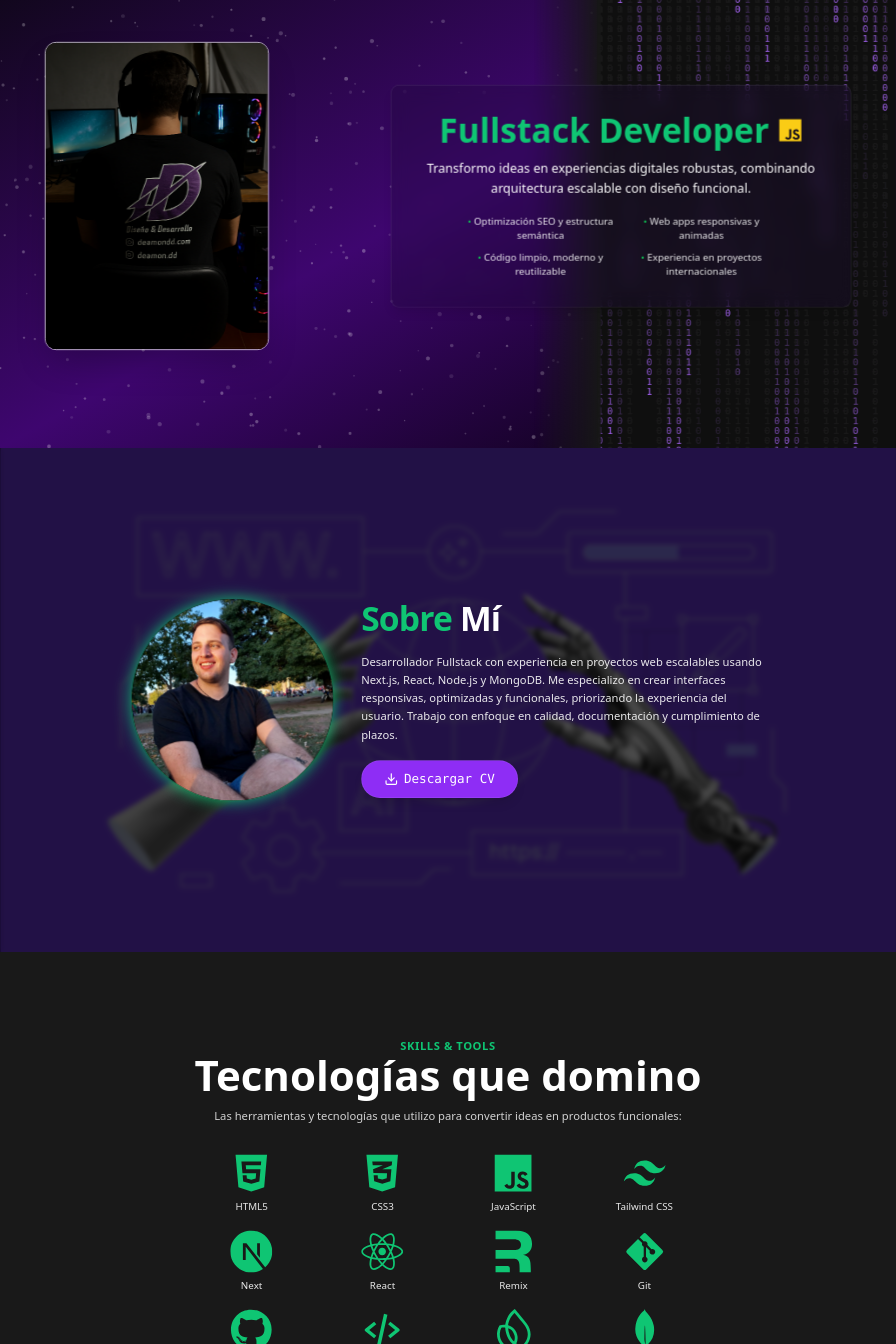
Repository: francoluca35/portfolio-franco-dev
Page: /
The author's editor kept a copy of each file at every save. The page is drawn from the files as they stood at one save, then again after the next save.
The browser window is 1280 px wide. The pictures show the part of the page from y = 0 to 1920 px (the page is 3546 px tall before and 3626 px after), at 70% of full size.
The project was rebuilt for these pictures with package versions that can differ from the ones it lists, and the page was loaded fresh each time. The framework's server and built-in components were replaced by stand-ins that run in the browser. Also part of the build but not shown: next.config.js.

Above is the page before, as saved 2025-05-06 06:45:18.

### app/layout.jsx
import "./globals.css";

export const metadata = {
  title: "Franco Parera | Portfolio",
  description: "Desarrollador Web Fullstack - Portfolio personal",
};

export default function RootLayout({ children }) {
  return (
    <html lang="es" className="dark">
      <body className="bg-black text-white">{children}</body>
    </html>
  );
}

### app/page.jsx
import Hero from "../components/Hero";
import Experience from "../components/Experience";
import Projects from "../components/Projects";
import Footer from "../components/Footer";
import About from "../components/About";
import Contact from "../components/Contact";

export default function HomePage() {
  return (
    <main>
      <section id="inicio">
        <Hero />
      </section>

      <section id="about" className="bg-[#181818] text-white ">
        <About />
      </section>
      <section id="skills" className="bg-[#181818] text-white ">
        <Experience />
      </section>

      <section id="proyectos" className="bg-[#0E0E0E] text-white ">
        <Projects />
      </section>

      <section id="contacto" className="">
        <Contact />
      </section>
      <section id="footer" className="">
        <Footer />
      </section>
    </main>
  );
}

### styles/globals.css
@tailwind base;
@tailwind components;
@tailwind utilities;

html {
  scroll-behavior: smooth;
}
/* rotating-border.css */
.rotating-border {
  background: conic-gradient(#0fc573, #1a1a1a, #0fc573);
  animation: spin 4s linear infinite;
  border-radius: 9999px;
}

@keyframes spin {
  0% {
    transform: rotate(0deg);
  }
  100% {
    transform: rotate(360deg);
  }
}

### components/Hero.jsx
"use client";
import { motion } from "framer-motion";
import Image from "next/image";
import { FaJs } from "react-icons/fa";
import ParticlesBackground from "../utils/ParticlesBackground";
import MatrixRain from "../utils/MatrixRain";

export default function Hero() {
  return (
    <section
      aria-label="Presentación de Franco Parera como Fullstack Developer"
      className="relative w-full min-h-screen bg-gradient-to-br  from-[#0c0713] via-[#3e066f] to-[#000000] text-white px-4 sm:px-12 py-20 -mt-20 flex items-center justify-center"
    >
      <ParticlesBackground />
      <div className="hidden md:block absolute top-0 right-0 w-1/3 h-full backdrop-blur-md bg-[#171717]/60 z-10" />
      <MatrixRain />
      <div className="hidden md:block absolute top-0 right-[33%] w-24 h-full bg-gradient-to-r from-transparent to-[#171717] z-20" />

      {/* Contenido visible */}
      <div className="relative z-30 max-w-6xl w-full flex flex-col md:flex-row items-center justify-center md:justify-between gap-10">
        <motion.div
          initial={{ opacity: 0, scale: 0.95 }}
          animate={{ opacity: 1, scale: 1 }}
          transition={{ duration: 0.6 }}
          className="relative flex justify-center w-full md:w-auto"
        >
          <div className="relative w-[260px] h-[350px] sm:w-[300px] sm:h-[400px] md:w-[320px] md:h-[440px] shadow-2xl z-10 overflow-hidden rounded-2xl border border-white">
            <Image
              src="/assets/yo-hero.png"
              alt="Franco Parera - desarrollador fullstack"
              fill
              className="object-cover"
              priority
            />
          </div>
        </motion.div>

        <div className="backdrop-blur-md bg-[#1f0d3a]/30 rounded-xl p-6 md:p-10 shadow-lg border border-white/10 text-center">
          <motion.h1
            initial={{ opacity: 0, y: 20 }}
            animate={{ opacity: 1, y: 0 }}
            transition={{ duration: 0.6 }}
            className="text-3xl sm:text-4xl md:text-5xl font-extrabold text-[#0fc573] flex justify-center items-center gap-3 flex-wrap"
          >
            Fullstack Developer
            <FaJs className="text-yellow-400 text-3xl md:text-4xl" />
          </motion.h1>

          <motion.p
            initial={{ opacity: 0, y: 20 }}
            animate={{ opacity: 1, y: 0 }}
            transition={{ delay: 0.2, duration: 0.6 }}
            className="text-base sm:text-lg text-white max-w-xl mx-auto mt-4"
          >
            Transformo ideas en experiencias digitales robustas, combinando
            arquitectura escalable con diseño funcional.
          </motion.p>

          <motion.div
            initial={{ opacity: 0, y: 20 }}
            animate={{ opacity: 1, y: 0 }}
            transition={{ delay: 0.3, duration: 0.6 }}
            className="grid grid-cols-1 sm:grid-cols-2 gap-3 text-sm text-white/90 max-w-md mx-auto pt-6"
          >
            <p>
              <span className="text-[#0fc555]">•</span> Optimización SEO y
              estructura semántica
            </p>
            <p>
              <span className="text-[#0fc555]">•</span> Web apps responsivas y
              animadas
            </p>
            <p>
              <span className="text-[#0fc555]">•</span> Código limpio, moderno y
              reutilizable
            </p>
            <p>
              <span className="text-[#0fc555]">•</span> Experiencia en proyectos
              internacionales
            </p>
          </motion.div>
        </div>
      </div>
    </section>
  );
}

### components/Experience.jsx
"use client";
import {
  FaHtml5,
  FaCss3Alt,
  FaJs,
  FaReact,
  FaGitAlt,
  FaGithub,
} from "react-icons/fa";
import {
  SiFirebase,
  SiJquery,
  SiMongodb,
  SiRemix,
  SiTailwindcss,
  SiNextdotjs,
} from "react-icons/si";
import { BiCodeAlt } from "react-icons/bi";

export default function SkillsSection() {
  const skills = [
    {
      icon: (
        <FaHtml5 className="text-4xl md:text-6xl transition-all duration-300 text-[#0fc573] group-hover:text-[#e34f26]" />
      ),
      name: "HTML5",
    },
    {
      icon: (
        <FaCss3Alt className="text-4xl md:text-6xl transition-all duration-300 text-[#0fc573] group-hover:text-[#264de4]" />
      ),
      name: "CSS3",
    },
    {
      icon: (
        <FaJs className="text-4xl md:text-6xl transition-all duration-300 text-[#0fc573] group-hover:text-[#f0db4f]" />
      ),
      name: "JavaScript",
    },
    {
      icon: (
        <SiTailwindcss className="text-4xl md:text-6xl transition-all duration-300 text-[#0fc573] group-hover:text-[#38bdf8]" />
      ),
      name: "Tailwind CSS",
    },
    {
      icon: (
        <SiNextdotjs className="text-4xl md:text-6xl transition-all duration-300 text-[#0fc573] group-hover:text-white" />
      ),
      name: "Next",
    },
    {
      icon: (
        <FaReact className="text-4xl md:text-6xl transition-all duration-300 text-[#0fc573] group-hover:text-[#61dafb]" />
      ),
      name: "React",
    },
    {
      icon: (
        <SiRemix className="text-4xl md:text-6xl transition-all duration-300 text-[#0fc573] group-hover:text-[#000000]" />
      ),
      name: "Remix",
    },
    {
      icon: (
        <FaGitAlt className="text-4xl md:text-6xl transition-all duration-300 text-[#0fc573] group-hover:text-[#f05032]" />
      ),
      name: "Git",
    },
    {
      icon: (
        <FaGithub className="text-4xl md:text-6xl transition-all duration-300 text-[#0fc573] group-hover:text-[#ffffff]" />
      ),
      name: "GitHub",
    },
    {
      icon: (
        <BiCodeAlt className="text-4xl md:text-6xl transition-all duration-300 text-[#0fc573] group-hover:text-[#c5bc0f]" />
      ),
      name: "RESTful APIs",
    },
    {
      icon: (
        <SiFirebase className="text-4xl md:text-6xl transition-all duration-300 text-[#0fc573] group-hover:text-[#ffca28]" />
      ),
      name: "Firebase",
    },
    {
      icon: (
        <SiMongodb className="text-4xl md:text-6xl transition-all duration-300 text-[#0fc573] group-hover:text-[#47A248]" />
      ),
      name: "MongoDB",
    },
  ];

  return (
    <section className="w-full min-h-screen flex items-center bg-[#191919] text-white px-4 sm:px-10">
      <div className="max-w-6xl mx-auto text-center">
        <p className="uppercase tracking-wider text-md text-[#0fc573] font-semibold">
          Skills & Tools
        </p>
        <h2 className="text-4xl md:text-6xl font-extrabold mb-4">
          Tecnologías que domino
        </h2>
        <p className="text-white/80 mb-10">
          Las herramientas y tecnologías que utilizo para convertir ideas en
          productos funcionales:
        </p>

        <div className="grid grid-cols-2 sm:grid-cols-3 md:grid-cols-4 gap-6 justify-items-center">
          {skills.map((skill, index) => (
            <div
              key={index}
              className="flex flex-col items-center group cursor-pointer"
            >
              <div className="mb-2">{skill.icon}</div>
              <span className="text-white/90 text-sm">{skill.name}</span>
            </div>
          ))}
        </div>
      </div>
    </section>
  );
}

### components/Footer.jsx
import {
  FaTwitter,
  FaLinkedin,
  FaGithub,
  FaInstagram,
  FaYoutube,
} from "react-icons/fa";
import AnimatedLogo from "../utils/AnimatedLogo";
export default function Footer() {
  return (
    <footer className="bg-gradient-to-br from-[#0c0713] via-[#3e066f] to-[#000000] text-white py-10 px-6">
      <div className="max-w-7xl mx-auto flex flex-col md:flex-row justify-between items-center gap-6">
        {/* Branding o texto */}
        <div className="text-center md:text-left">
          <h3 className="text-2xl font-bold tracking-wide">
            <AnimatedLogo />
          </h3>
          <p className="text-sm mt-1 text-gray-300">
            © {new Date().getFullYear()} Todos los derechos reservados.
          </p>
        </div>

        {/* Enlaces sociales */}
        <div className="flex gap-5 text-2xl">
          <a
            href="/"
            target="_blank"
            rel="noopener noreferrer"
            className="hover:text-[#c50f0f] transition"
          >
            <FaYoutube />
          </a>
          <a
            href="https://www.linkedin.com/in/franco-parera/"
            target="_blank"
            rel="noopener noreferrer"
            className="hover:text-[#0f0fc5] transition"
          >
            <FaLinkedin />
          </a>
          <a
            href="https://github.com/francoluca35"
            target="_blank"
            rel="noopener noreferrer"
            className="hover:text-[#313231] transition"
          >
            <FaGithub />
          </a>
          <a
            href="https://www.instagram.com/franco.dev24/"
            target="_blank"
            rel="noopener noreferrer"
            className="hover:text-[#ff50cd] transition"
          >
            <FaInstagram />
          </a>
        </div>
      </div>
    </footer>
  );
}

### components/About.jsx
"use client";
import Image from "next/image";
import { motion } from "framer-motion";
import { FiDownload } from "react-icons/fi";
import "./rotating-border.css"; // Asegurate de que este archivo exista

export default function About() {
  return (
    <section className="relative w-full min-h-screen bg-black text-white flex items-center justify-center overflow-hidden">
      {/* Fondo */}
      <Image
        src="/assets/fondos/fondo-projectos.png"
        alt="Fondo"
        fill
        className="object-cover z-0"
        priority
      />

      {/* Capa oscura con blur */}
      <div className="absolute inset-0 bg-black/70 z-10 backdrop-blur-sm" />

      {/* Contenido principal */}
      <div className="relative z-20 max-w-6xl px-4 sm:px-8 py-20 flex flex-col md:flex-row items-center gap-10">
        {/* Imagen con borde animado */}
        <div className="relative w-60 h-60 sm:w-72 sm:h-72">
          <div className="absolute inset-0 rounded-full rotating-border z-0" />
          <div className="relative z-10 w-full h-full rounded-full overflow-hidden p-[5px] bg-black">
            <Image
              src="/assets/sobre-mi.jpg"
              alt="Franco Parera"
              fill
              className="object-cover rounded-full"
              priority
            />
          </div>
        </div>

        {/* Texto descriptivo */}
        <div className="text-center md:text-left space-y-6 max-w-xl">
          <motion.h2
            initial={{ opacity: 0, y: 20 }}
            animate={{ opacity: 1, y: 0 }}
            transition={{ duration: 0.6 }}
            className="text-4xl sm:text-5xl font-extrabold text-white tracking-tight"
          >
            <span className="text-[#0fc573]">Sobre</span> Mí
          </motion.h2>

          <motion.p
            initial={{ opacity: 0, y: 20 }}
            animate={{ opacity: 1, y: 0 }}
            transition={{ delay: 0.2, duration: 0.6 }}
            className="text-white/90 leading-relaxed"
          >
            Desarrollador Fullstack con experiencia en proyectos web escalables
            usando Next.js, React, Node.js y MongoDB. Me especializo en crear
            interfaces responsivas, optimizadas y funcionales, priorizando la
            experiencia del usuario. Trabajo con enfoque en calidad,
            documentación y cumplimiento de plazos.
          </motion.p>

          <motion.a
            href="/pdfs/cv-parera-franco-desarrollo.pdf"
            download
            whileHover={{ scale: 1.05 }}
            whileTap={{ scale: 0.95 }}
            className="inline-flex items-center gap-2 bg-[#8e2df5] text-white font-mono text-lg px-8 py-3 rounded-full shadow-lg border border-white/10 hover:bg-[#7c23d3] transition-all"
          >
            <FiDownload className="text-xl" />
            Descargar CV
          </motion.a>
        </div>
      </div>
    </section>
  );
}

### components/Contact.jsx
"use client";

import { FaTwitter, FaLinkedin, FaInstagram, FaWhatsapp } from "react-icons/fa";
import Image from "next/image";

export default function Contact() {
  const phone = "+541131199882";
  const message = "Hola!, me gustaria hablar con franco.";
  const whatsappLink = `https://wa.me/${phone}?text=${encodeURIComponent(
    message
  )}`;
  return (
    <section className="bg-[#272626] text-white py-20 px-6 flex justify-center">
      <div className=" bg-gradient-to-br  from-[#0c0713] via-[#1b7c3f] to-[#131212] rounded-xl p-8 md:p-14 w-full max-w-6xl flex flex-col md:flex-row items-center justify-between gap-10">
        {/* Texto y enlaces */}
        <div className="text-left md:w-1/2">
          <h2 className="text-2xl md:text-3xl font-semibold mb-4">
            Siempre estoy dispuesto a charlar
          </h2>
          <p className="text-lg mb-2">
            <a
              href="mailto:francolucap1@gmail.com"
              className="underline font-bold hover:text-[#151515] transition"
            >
              Hazme un correo electrónico
            </a>{" "}
            a Francolucap1@gmail.com
          </p>
          <p className="text-lg mb-4">o contactame por mis redes sociales.</p>
          <div className="flex items-center gap-4 text-xl">
            <a
              href="https://www.instagram.com/franco.dev24/"
              target="_blank"
              rel="noopener noreferrer"
              className="hover:text-[#000000]"
            >
              <FaInstagram />
            </a>
            <a
              href="https://www.linkedin.com/in/franco-parera/"
              target="_blank"
              rel="noopener noreferrer"
              className="hover:text-[#000000]"
            >
              <FaLinkedin />
            </a>
            <a
              href={whatsappLink}
              target="_blank"
              rel="noopener noreferrer"
              className="hover:text-[#000000]"
            >
              <FaWhatsapp />
            </a>
          </div>
        </div>

        <div className="relative w-64 h-64 md:w-96 md:h-72 flex items-center justify-center">
          <Image
            src="/assets/nube.png"
            alt="Nube decorativa"
            fill
            className="object-contain opacity-80"
          />

          <div className="absolute w-48 h-48 md:w-64 md:h-64">
            <Image
              src="/assets/contact.png"
              alt="Cartoon Franco Parera"
              fill
              className="object-contain"
              priority
            />
          </div>
        </div>
      </div>
    </section>
  );
}

### utils/ParticlesBackground.jsx
"use client";

import { useCallback } from "react";
import Particles from "react-tsparticles";
import { loadSlim } from "tsparticles-slim";

export default function ParticlesBackground() {
  const particlesInit = useCallback(async (engine) => {
    await loadSlim(engine);
  }, []);

  return (
    <Particles
      id="tsparticles"
      init={particlesInit}
      options={{
        fullScreen: { enable: false },
        background: { color: "transparent" },
        particles: {
          number: { value: 500 },
          color: { value: "#ffffff" },
          shape: { type: "circle" },
          opacity: {
            value: 0.3,
            random: true,
          },
          size: {
            value: 3,
            random: true,
          },
          move: {
            direction: "bottom",
            enable: true,
            outModes: "out",
            speed: 2,
          },
        },
        detectRetina: true,
      }}
      className="absolute top-0 left-0 w-full h-full z-0"
    />
  );
}

### utils/MatrixRain.jsx
"use client";
import { useEffect, useRef } from "react";

export default function MatrixRain() {
  const canvasRef = useRef(null);

  useEffect(() => {
    const canvas = canvasRef.current;
    const ctx = canvas.getContext("2d");

    canvas.width = window.innerWidth / 3;
    canvas.height = window.innerHeight;

    const binary = "01";
    const fontSize = 14;
    const columns = canvas.width / fontSize;
    const drops = Array.from({ length: columns }).fill(1);

    const draw = () => {
      ctx.fillStyle = "rgba(23, 23, 23, 0.1)";
      ctx.fillRect(0, 0, canvas.width, canvas.height);

      ctx.fillStyle = "#9b5de5";
      ctx.font = `${fontSize}px monospace`;

      drops.forEach((y, i) => {
        const text = binary[Math.floor(Math.random() * binary.length)];
        const x = i * fontSize;
        ctx.fillText(text, x, y * fontSize);

        drops[i] =
          y * fontSize > canvas.height || Math.random() > 0.975 ? 0 : y + 1;
      });
    };

    const interval = setInterval(draw, 60);
    return () => clearInterval(interval);
  }, []);

  return (
    <canvas
      ref={canvasRef}
      className="hidden md:block absolute top-0 right-0 w-1/3 h-full z-10 pointer-events-none"
    />
  );
}

### utils/AnimatedLogo.jsx
"use client";
import { useState, useEffect } from "react";
import { Outfit, Urbanist } from "next/font/google";
const outfit = Urbanist({
  subsets: ["latin"],
  weight: ["400", "700"],
});
export default function AnimatedLogo() {
  const leftFull = "Fran";
  const rightFull = "Computer";
  const base = "FC";

  const [left, setLeft] = useState("");
  const [right, setRight] = useState("");
  const [phase, setPhase] = useState("expand");
  const [step, setStep] = useState(0);

  useEffect(() => {
    let interval;

    if (phase === "expand") {
      interval = setInterval(() => {
        setLeft((prev) => {
          if (prev.length < leftFull.length - 1) {
            return leftFull.slice(1, prev.length + 2);
          }
          return prev;
        });

        setRight((prev) => {
          if (prev.length < rightFull.length - 1) {
            return rightFull.slice(1, prev.length + 2);
          }
          return prev;
        });

        setStep((prev) => {
          const next = prev + 1;
          if (next >= Math.max(leftFull.length - 1, rightFull.length - 1)) {
            clearInterval(interval);
            setTimeout(() => setPhase("pause"), 1200);
          }
          return next;
        });
      }, 100);
    }

    if (phase === "contract") {
      interval = setInterval(() => {
        setLeft((prev) => prev.slice(0, -1));
        setRight((prev) => prev.slice(0, -1));
        setStep((prev) => {
          const next = prev - 1;
          if (next <= 0) {
            clearInterval(interval);
            setTimeout(() => setPhase("expand"), 1000);
          }
          return next;
        });
      }, 60);
    }

    if (phase === "pause") {
      setTimeout(() => {
        setPhase("contract");
      }, 800);
    }

    return () => clearInterval(interval);
  }, [phase]);

  return (
    <h1
      className={`text-2xl font-bold text-[#0fc555] tracking-wide ${outfit.className}`}
    >
      F<span className="inline-block">{left}</span>C
      <span className="inline-block">{right}</span>
      <span className="text-[#0fc555] animate-pulse">.</span>
    </h1>
  );
}

### components/rotating-border.css
/* rotating-border.css */
.rotating-border {
  background: conic-gradient(#0fc573, #1a1a1a, #0fc573);
  animation: spin 4s linear infinite, glow 2s ease-in-out infinite alternate;
  border-radius: 9999px;
  filter: drop-shadow(0 0 8px #0fc573);
}

@keyframes spin {
  0% {
    transform: rotate(0deg);
  }
  100% {
    transform: rotate(360deg);
  }
}

@keyframes glow {
  0% {
    filter: drop-shadow(0 0 4px #0fc573);
  }
  100% {
    filter: drop-shadow(0 0 12px #0fc573);
  }
}

Loaded but not shown: tailwind.config.js (12 lines, source omitted); components/Nav.jsx (126 lines, source omitted); components/Projects.jsx (131 lines, source omitted)

After the next save:
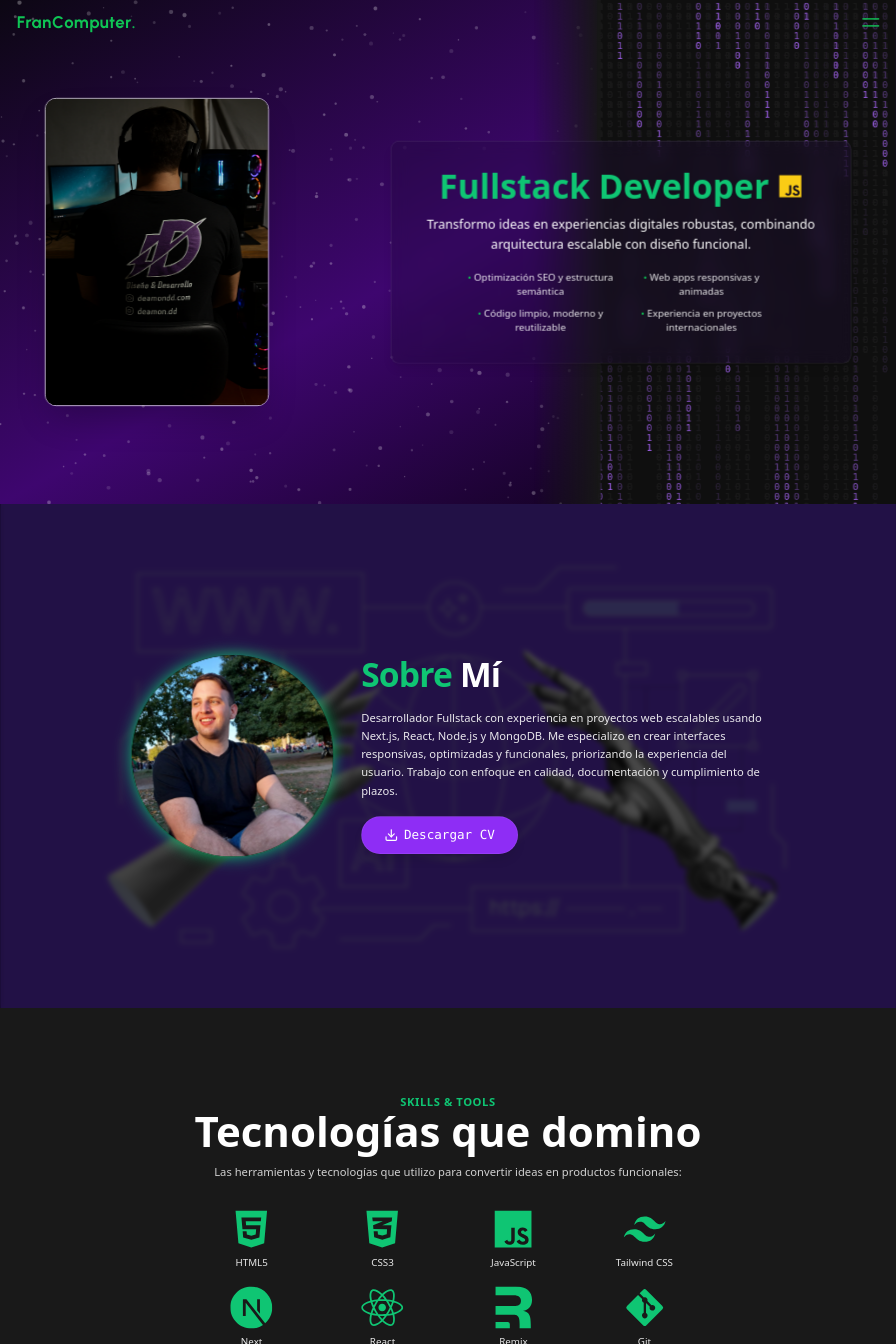
Saved 19 min 19 s later.
--- a/app/layout.jsx
+++ b/app/layout.jsx
@@ -1,14 +1,56 @@
-import "./globals.css";
+import Nav from "../components/Nav";
+import "../styles/globals.css";
+import { Outfit } from "next/font/google";
 
 export const metadata = {
-  title: "Franco Parera | Portfolio",
-  description: "Desarrollador Web Fullstack - Portfolio personal",
+  title: "Franco Parera | Desarrollador Web Fullstack",
+  description:
+    "Portfolio de Franco Parera, desarrollador web especializado en React, Next.js y soluciones escalables.",
+  keywords:
+    "desarrollador web, portfolio, frontend, backend, next.js, react, diseño web, SEO, Buenos Aires",
+  authors: [{ name: "Franco Parera" }],
+  creator: "Franco Parera",
+  openGraph: {
+    title: "Franco Parera | Desarrollador Web",
+    description:
+      "Conocé mis proyectos como desarrollador web fullstack. Diseño moderno, rendimiento y SEO.",
+    url: "https://tusitio.com",
+    siteName: "Franco Parera | Portfolio",
+    images: [
+      {
+        url: "https://tusitio.com/og-image.jpg",
+        width: 1200,
+        height: 630,
+        alt: "Imagen portfolio Franco",
+      },
+    ],
+    locale: "es_AR",
+    type: "website",
+  },
+  twitter: {
+    card: "summary_large_image",
+    title: "Franco Parera | Desarrollador Web",
+    description:
+      "Portfolio profesional de Franco Parera con proyectos reales, experiencia y habilidades técnicas.",
+    images: ["https://tusitio.com/og-image.jpg"],
+  },
 };
+const outfit = Outfit({
+  subsets: ["latin"],
+  weight: ["400", "600", "700"],
+});
 
 export default function RootLayout({ children }) {
   return (
-    <html lang="es" className="dark">
-      <body className="bg-black text-white">{children}</body>
+    <html lang="es">
+      <head>
+        <meta name="viewport" content="width=device-width, initial-scale=1" />
+        <link rel="icon" href="/assets/favicon.ico" />
+      </head>
+      <body className="antialiased scroll-smooth outfit.className">
+        <Nav />
+        <div className="pt-20">{children}</div>{" "}
+      </body>
     </html>
   );
 }
